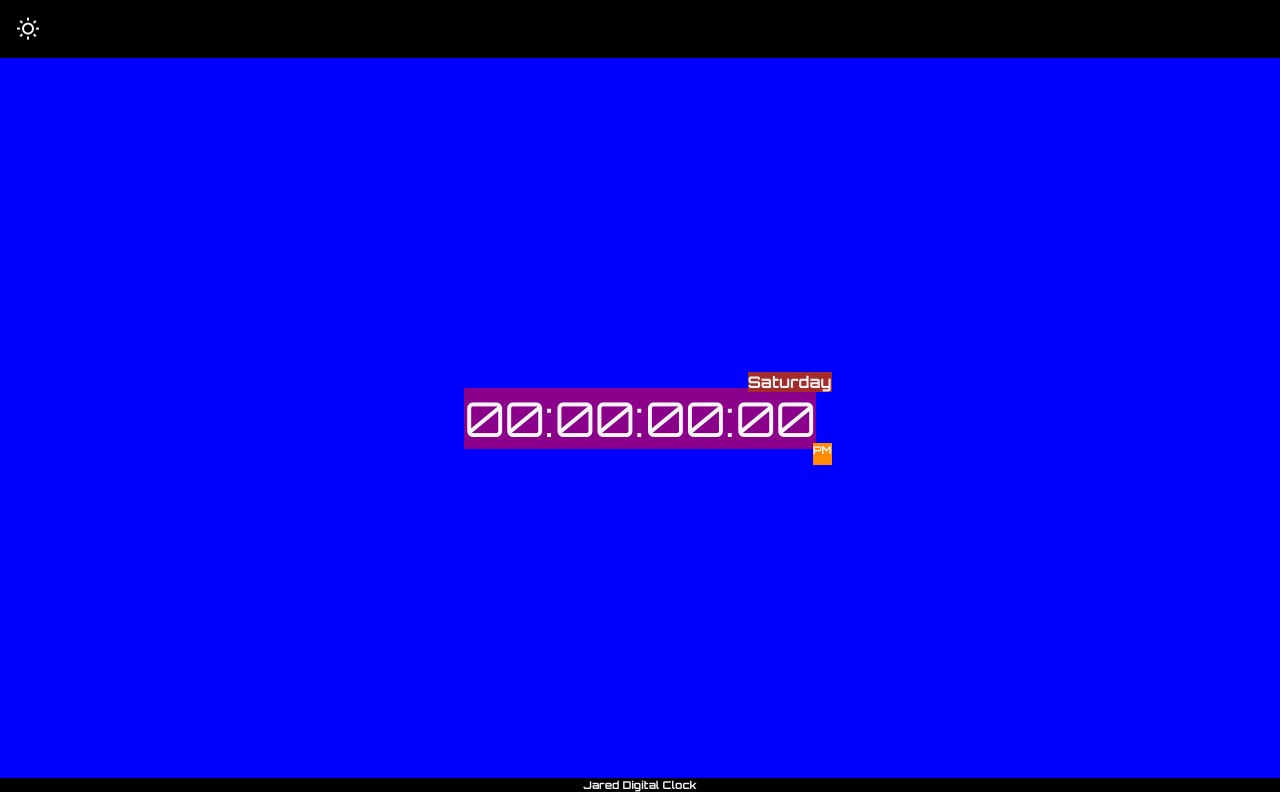
Repository: EguJaredoBoyd/Jared-Digital-Clock
Page: index.html
The author's editor kept a copy of each file at every save. The page is drawn from the files as they stood at one save, then again after the next save.
The browser window is 1280 px wide. The pictures show the whole page.
Some web libraries are served in a nearby version.

Above is the page before, as saved 2026-01-04 22:43:52.

### index.html
<!DOCTYPE html>
<html lang="en">
  <head>
    <meta charset="UTF-8" />
    <meta name="viewport" content="width=device-width, initial-scale=1.0" />
    <link rel="stylesheet" href="./css/styles.css" />
    <link
      href="https://cdn.jsdelivr.net/npm/remixicon@4.8.0/fonts/remixicon.css"
      rel="stylesheet"
    />
    <link rel="preconnect" href="https://fonts.googleapis.com" />
    <link rel="preconnect" href="https://fonts.gstatic.com" crossorigin />
    <link
      href="https://fonts.googleapis.com/css2?family=Orbitron:wght@400..900&display=swap"
      rel="stylesheet"
    />
    <script src="./js/theme.js" defer></script>
    <title>Document</title>
  </head>
  <body>
    <div class="digital-clock">
      <header>
        <button id="theme-toggle"><i class="ri-sun-line"></i></button>
      </header>

      <main>
        <div class="watch-container">
          <div class="watch-container__time">
            <p>00:00:00:00</p>
            <h4>Saturday</h4>
            <h6>PM</h6>
          </div>
        </div>
      </main>

      <footer>
        <h6>Jared Digital Clock</h6>
      </footer>
    </div>
  </body>
</html>

### css/styles.css
* {
  margin: 0;
  padding: 0;
  box-sizing: border-box;
}

:root {
  --primary-color: black;
  --text-color: whitesmoke;

  /* Light-mode color variables */
  --light-mode: whitesmoke;
  --light-text: black;

  /* Button color font */
  --button-color: var(--text-color);
}

html {
  font-size: 16px;
  background-color: var(--primary-color);
}

.light-mode {
  background-color: var(--light-mode);
  color: var(--light-text);
  --button-color: var(--light-text);
}

body {
  color: var(--text-color);
  background-color: var(--primary-color);
  font-family: "Orbitron", sans-serif;
  width: 100%;
}

header {
  padding: 1rem;
}

header button {
  background: none;
  border: none;
}

header button i {
  font-size: 1.5rem;
  color: var(--button-color);
}

.digital-clock {
  height: 100%;
  width: 100%;
  display: flex;
  flex-direction: column;
  align-content: space-between;
  max-width: 100%;
}

.watch-container {
  display: flex;
  flex-direction: column;
  justify-content: center;
  align-items: center;
  height: 100vh;
  width: 100%;
  max-width: 100%;
  position: relative;
  background-color: blue;
}

.watch-container__time {
  display: flex;
  max-width: 100%;
  padding: 1rem;
  max-width: 100%;
  position: relative;
  margin: 1rem;
}

.watch-container__time p {
  font-size: 3rem;
  background-color: darkmagenta;
}

.watch-container__time h4 {
  position: absolute;
  right: 0;
  top: 0;
  margin-bottom: 1rem;
  background-color: brown;
}

.watch-container__time h6 {
  align-self: self-end;
  padding-bottom: 0.5rem;
  background-color: darkorange;
  position: absolute;
  right: 0;
  bottom: 0;
}

footer h6 {
  text-align: center;
}

### js/theme.js
//Target the button element for the theme
const themeToggle = document.getElementById("theme-toggle");

//Create a function to handle the switching of themes
function switchThemeMode() {
  themeToggle.addEventListener("click", () => {
    document.body.classList.toggle("light-mode");
  });
}

switchThemeMode();

After the next save:
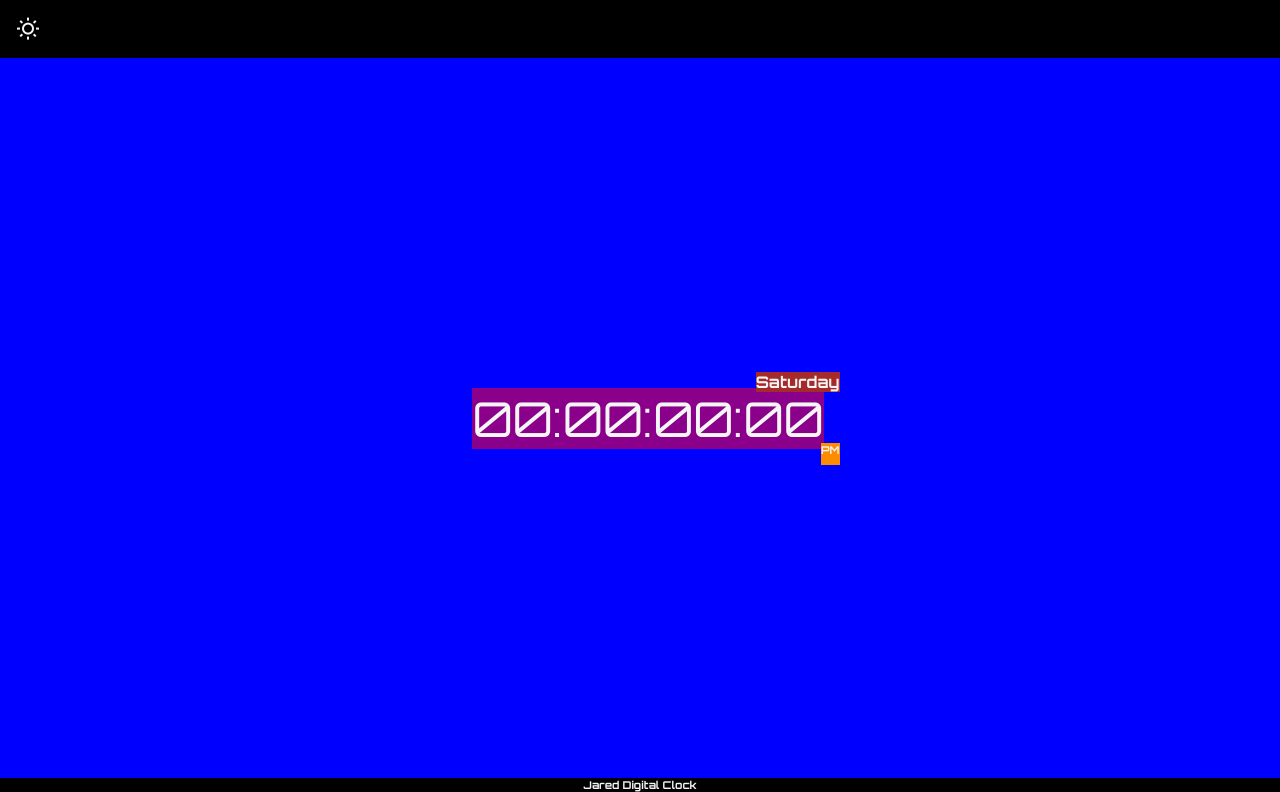
Saved 14 s later.
--- a/css/styles.css
+++ b/css/styles.css
@@ -75,7 +75,7 @@ header button i {
   padding: 1rem;
   max-width: 100%;
   position: relative;
-  margin: 1rem;
+  margin-left: 1rem;
 }
 
 .watch-container__time p {
